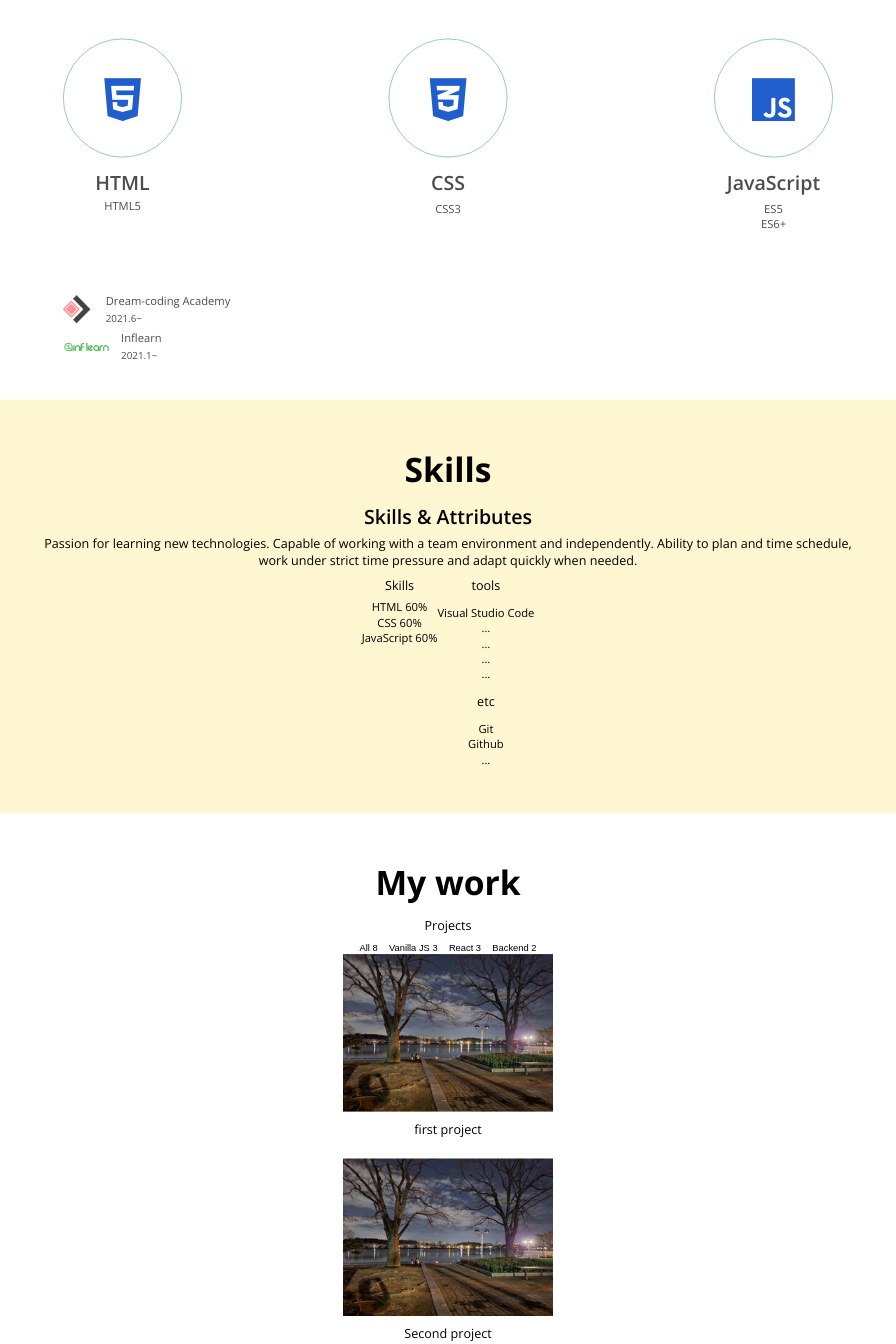
Repository: delphkim/portfolio
Page: index.html
These files come from the project's save history. The page is drawn as it stood at one moment and after the next save; the edit follows.
The browser window is 1280 px wide. The pictures show the part of the page from y = 980 to 2900 px (the page is 5923 px tall), at 70% of full size.
Some web libraries are served in a nearby version.

Above is the page before, as saved 2021-08-04 13:04:46.

### index.html
<!DOCTYPE html>
<html lang="en">
  <head>
    <meta charset="UTF-8" />
    <meta http-equiv="X-UA-Compatible" content="IE=edge" />
    <meta name="viewport" content="width=device-width, initial-scale=1.0" />
    <title>DevelPhaba's Portfolio</title>
    <meta name="description" content="Portfolio for world-reknowned software engineer develPhaba"/>
    <meta name="author" content="develPhaba" />
    <link rel="icon" type="img/png" href="./imgs/favicon.png">
    <script src="https://kit.fontawesome.com/d2b892ca94.js" crossorigin="anonymous"></script>
    <link rel="preconnect" href="https://fonts.googleapis.com" />
    <link rel="preconnect" href="https://fonts.gstatic.com" crossorigin />
    <link href="https://fonts.googleapis.com/css2?family=Open+Sans:wght@400;600;700&display=swap" rel="stylesheet"/>
    <!-- CSS rules to specify families -->
    <!-- 1. font-family: 'Open Sans', sans-serif;  -->
    <link rel="stylesheet" href="./style.css">
    <script src="./main.js" defer></script>
  </head>
  <body>
    <!-- Navbar -->
    <nav id="navbar">
      <div class="navbar__logo">
        <img class="navbar__icon" src="./imgs/favicon.png" alt="logo">
        <a href="#">develPhaba</a>
      </div>

        <ul class="navbar__menu">
          <li class="navbar__menu__item active">Home</li>
          <li class="navbar__menu__item">About</li>
          <li class="navbar__menu__item">Skills</li>
          <li class="navbar__menu__item">My work</li>
          <li class="navbar__menu__item">Testimonials</li>
          <li class="navbar__menu__item">Contact</li>
        </ul>

    </nav>
    <!-- Home -->
    <section id="home">
      <img src="./imgs/home.jpg"
           alt="develPhabas' profile photo"
           class="home__avatar">
           <h1 class="home__title">Hello, <br>I'm develPhaba</br></h1>
           <h2 class="home__description">Front-end engineer, who wants to be a Full-stack engineer </h2>
           <button class="home__contact">Contact me</button>
    </section>
    <!-- About -->
    <section id="about" class="section section__container">
      <h1>About me</h1>
      <p>I've studied front-end skills.
        <br>After working as a front-end endgineer for several years,
        <br>I want to broaden my skill stack.
      </p>
      <div class="about__majors">
        <div class="major">
          <div class="major__icon">
            <i class="fab fa-html5"></i>
          </div>
          <h2 class="major__title">HTML</>
          <p class="major__description">HTML5</p>
        </div>
        <div class="major">
            <div class="major__icon">
              <i class="fab fa-css3-alt"></i>
            </div>
            <h2 class="major__title">CSS</h2>
            <p class="major__description">CSS3</p>
        </div>
        <div class="major">
          <div class="major__icon">
            <i class="fab fa-js"></i>
          </div>
          <h2 class="major__title">JavaScript</h2>
          <p class="major__description">ES5<br>ES6+</p>
        </div>
      </div>
      <div class="about__schools">
        <div class="school">
          <img src="./imgs/schools/dream-coding.png" alt="dream-coding" class="school__logo">
          <div class="school__description">
             <p class="school__title">Dream-coding Academy</p>
             <p class="school__years">2021.6~</p>
          </div>
        </div>
        <div class="school">
          <img src="./imgs/schools/inflearn.png" alt="inflearn" class="school__logo">
          <div class="school__description">
             <p class="school__title">Inflearn</p>
             <p class="school__years">2021.1~</p>
          </div>
        </div>
      </div>

    </section>
    <!-- Skills -->
     <section id="skills" class="section">
       <div class="section__container">
           <h1>Skills</h1>
  <h2>Skills & Attributes</h2>
  <p>
    Passion for learning new technologies. Capable of working with a team environment
    and independently. Ability to plan and time schedule, work under
    strict time pressure and adapt quickly when needed.
  </p>
  <div class="skillset">
    <div class="skillset__left">
      <h3 class="skillset__title">Skills</h3>
      <div class="skill">
        <div class="skill__description">
          <span>HTML</span>
          <span>60%</span>
        </div>
        <div class="skill__bar">
          <div class="skill__value"></div>
        </div>
      </div>
      <div class="skill">
        <div class="skill__description">
          <span>CSS</span>
          <span>60%</span>
        </div>
        <div class="skill__bar">
          <div class="skill__value"></div>
        </div>
      </div>
      <div class="skill">
        <div class="skill__description">
          <span>JavaScript</span>
          <span>60%</span>
        </div>
        <div class="skill__bar">
          <div class="skill__value"></div>
        </div>
      </div>
    </div>
    <div class="skillset__right">
      <div class="tools">
        <h3 class="skillset__title">tools</h3>
        <ul class="tools__list">
          <li><span>Visual Studio Code</span></li>
          <li><span>...</span></li>
          <li><span>...</span></li>
          <li><span>...</span></li>
          <li><span>...</span></li>
        </ul>
      </div>
      <div class="etc">
        <h3 class="skillset__title">etc</h3>
        <ul class="ect__list">
          <li><span>Git</span></li>
          <li><span>Github</span></li>
          <li><span>...</span></li>
        </ul>
      </div>
    </div>
  </div>
       </div>
    </section>
   <!-- Work -->
    <section id="work" class="section">
      <h1>My work</h1>
      <h3>Projects</h3>
      <div class="work__categories">
        <button class="category__btn">All <span class="category__count">8</span></button>
        <button class="category__btn">Vanilla JS <span class="category__count">3</span></button>
        <button class="category__btn">React <span class="category__count">3</span></button>
        <button class="category__btn">Backend <span class="category__count">2</span></button>
      </div>
      <div class="work__projects">
        <a href="https://github.com/develPhaba/test"
           class="project"
           targe="blank">
           <img class="project__img" src="./imgs/projects/1.jpg" alt="one">
           <div class="project__description">
             <h3>first project</h3>
             <span>Clone coding with HTML and CSS</span>
           </div>
        </a>
        <a href="https://github.com/develPhaba/test"
           class="project"
           target="blank">
           <img class="project__img" src="./imgs/projects/2.jpg" alt="two">
           <div class="project__description">
            <h3>Second project</h3>
            <span>Clone coding with HTML, CSS and JavaScript</span>
          </div>
        </a>
        <a href="https://github.com/develPhaba/test"
           class="project"
           target="blank">
           <img class="project__img" src="./imgs/projects/3.jpg" alt="three">
           <div class="project__description">
            <h3>third project</h3>
            <span>Clone coding with HTML,CSS and JavaScript</span>
           </div>
        </a>
        <a href="https://github.com/develPhaba/test"
           class="project"
           target="blank">
          <img class="project__img" src="./imgs/projects/4.jpg" alt="four">
          <div class="project__description">
            <h3>fourth project</h3>
            <span>Clone coding,Front-end with React</span>
          </div>
        </a>
        <a href="https://github.com/develPhaba/test"
           class="project"
           target="blank">
          <img class="project__img" src="./imgs/projects/5.jpg" alt="five">
          <div class="project__description">
            <h3>fifth project</h3>
            <span>Clone coding,Front-end with React</span>
          </div>
        </a>
        <a href="https://github.com/develPhaba/test"
           class="project"
           target="blank">
          <img class="project__img" src="./imgs/projects/6.jpg" alt="six">
          <div class="project__description">
            <h3>sixth project</h3>
            <span>Clone coding,Front-end with React</span>
          </div>
        </a>
        <a href="https://github.com/develPhaba/test"
           class="project"
           target="blank">
           <img class="project__img" src="./imgs/projects/7.jpg" alt="seven">
           <div class="project__description">
            <h3>seventh project</h3>
            <span>Clone coding, Back-end with Node.js</span>
           </div>
        </a>
        <a href="https://github.com/develPhaba/test"
           class="project"
           target="blank">
           <img class="project__img" src="./imgs/projects/8.jpg" alt="eight">
           <div class="project__description">
            <h3>eighth project</h3>
            <span>Clone coding, Back-end with Node.js</span>
           </div>
        </a>
      </div>
    </section>
    <!-- Testimonials -->
    <section id="testimonials" class="section">
      <h1>Testimonials</h1>
      <h3>See what they say about me</h3>
      <div class="testimonials">
        <div class="testimonial">
          <img src="./imgs/testimonial/people1.jpg"
               alt="people"
               class="testimonial__avatar">
               <div class="testimonial__speech-bubble">
                 <p>Lorem ipsum dolor sit amet consectetur adipisicing elit. Magnam, vitae.
                   Dolores sit in amet quos. Alias maiores accusantium dolore error illo eligendi,
                   vel sint aperiam nemo soluta debitis deserunt voluptas.</p>
                   <p class="name"><a href="https://github.com/develPhaba/test">TestName</a>/Test company</p>
               </div>
        </div>
        <div class="testimonial">
          <img src="./imgs/testimonial/people2.jpg"
               alt="people"
               class="testimonial__avatar">
               <div class="testimonial__speech-bubble">
                <p>Lorem ipsum dolor sit amet consectetur adipisicing elit. Magnam, vitae.
                  Dolores sit in amet quos. Alias maiores accusantium dolore error illo eligendi,
                  vel sint aperiam nemo soluta debitis deserunt voluptas.</p>
                <p class="name"><a href="https://github.com/develPhaba/test">TestName2</a>/Test company2</p>
              </div>
        </div>
      </div>
    </section>
    <!-- Contact -->
    <section id="contact" class="section">
      <h1 class="contact__title">Let's talk</h1>
      <h2 class="contact__email">hgkim9201@gmail.com</h2>
      <div class="contact__links">
      <a href="https://github.com/develPhaba">
        <i class="fa fa-github"></i>
      </a>
      <a href="">
      <i class="fa fa-linkedin-square"></i>
      </a>
      </div>
      <p class="contact__rights">Dreaming-coding Ellie -All rights reserved</p>
    </section>
  </body>
</html>

### style.css
:root {
  /* Color */
  --color-white: #ffffff;
  --color-light-white: #eeeeee;
  --color-dark-white: #bdbdbd;
  --color-pink: #fe918d;
  --color-dark-pink: #ff6863;
  --color-black: #4d4d4d;
  --color-dark-grey: #4d4d4d;
  --color-grey: #616161;
  --color-blue: #73aace;
  --color-yellow: #fff7d1;
  --color-orange: #feb546;
  --color-black: #000000;
  --color-green: #80deea;
  --color-sky-blue: #2979ff;
  --color-dark-blue: rgb(31, 94, 204);
  /* Font size */
  --font-large: 48px;
  --font-medium: 28px;
  --font-regular: 18px;
  --font-small: 16px;
  --font-micro: 14px;
  /* Font weight */
  --weight-bold: 700;
  --weight-semi-bold: 600;
  --weight-regular: 400;
  /* Size */
  --size-border-radius: 4px;
  /*Animation*/
  --animation-duration: 300ms;
}
/* Universal tags */
* {
  box-sizing: border-box;
}
body {
  font-family: "Open Sans", sans-serif;
  margin: 0;
  cursor: default;
}
a {
  text-decoration: none;
  color: var(--color-white);
}
ul {
  list-style: none;
  padding-left: 0;
}
h1 {
  font-size: var(--font-large);
  font-weight: var(--weight-bold);
  color: var(--color-black);
  margin: 16px 0;
}
h2 {
  font-size: var(--font-medium);
  font-weight: var(--weight-semi-bold);
  color: var(--color-black);
  margin: 8px 0;
}
h3 {
  font-size: var(--font-regular);
  font-weight: var(--weight-regular);
  color: var(--color-black);
  margin: 8px 0;
}
p {
  font-size: var(--font-regular);
  font-weight: var(--weight-regular);
  color: var(--color-black);
  margin: 4px 0;
}
button {
  background-color: transparent;
  cursor: pointer;
  border: none;
  outline: none;
}
/* Navbar */
#navbar {
  display: flex;
  justify-content: space-between;
  background-color: var(--color-sky-blue);
  align-items: center;
  color: var(--color-white);
  padding: 16px;
}
.navbar__logo {
  font-size: var(--font-medium);
  font-weight: var(--weight-semi-bold);
}
.navbar__icon {
  width: var(--font-medium);
  height: var(--font-medium);
}
.navbar__menu {
  display: flex;
}
.navbar__menu__item {
  padding: 8px 12px;
  margin: 0 4px;
  cursor: pointer;
  border-radius: var(--size-border-radius);
}
.navbar__menu__item:hover {
  background-color: var(--color-dark-blue);
}
.navbar__menu__item.active {
  border: 1px solid var(--color-white);
}
/*Home*/
#home {
  background: url(./imgs/homepage-background.png) center/cover no-repeat;
  padding: 40px;
  text-align: center;
}
.home__avatar {
  width: 250px;
  height: 250px;
  border-radius: 50%;
  border: 2px solid var(--color-light-white);
}
.home__title,
.home__description {
  color: var(--color-white);
}
.home__contact {
  color: var(--color-white);
  font-size: var(--font-regular);
  font-weight: var(--weight-bold);
  margin: 24px;
  padding: 8px 12px;
  border: 2px solid var(--color-white);
  border-radius: var(--size-border-radius);
}
/* Section common */
.section {
  text-align: center;
  padding: 50px;
  margin: auto;
}
.section__container {
  max-width: 1200px;
  margin: auto;
}
/* About me */
.about__majors {
  display: flex;
  justify-content: space-between;
  margin: 80px 0;
}
.major__icon {
  color: var(--color-dark-blue);
  font-size: 70px;
  width: 170px;
  height: 170px;
  line-height: 170px;
  margin: auto;
  border: 1px solid var(--color-blue);
  border-radius: 50%;
  margin-bottom: 16px;
}
.major__title,
.major__description {
  color: var(--color-dark-grey);
}
.major__description {
  font-size: var(--font-small);
}
.major__icon i {
  transition: all var(--animation-duration) ease;
}
.major__icon:hover i {
  transform: rotate(-30deg) scale(1.1);
  color: var(--color-dark-pink);
}
.school {
  display: flex;
  align-items: center;
}
.school__description {
  margin: 0 16px;
  text-align: left;
}
.school__title,
.school__years {
  color: var(--color-dark-grey);
}

.school__title {
  font-size: var(--font-small);
}
.school__years {
  font-size: var(--font-micro);
}
/* Skills */
#skills {
  background-color: var(--color-yellow);
}
.skillset {
  display: flex;
  justify-content: center;
  width: 100%;
}

Loaded but not shown: main.js (no stored copy; drawn as an empty file)

After the next save:
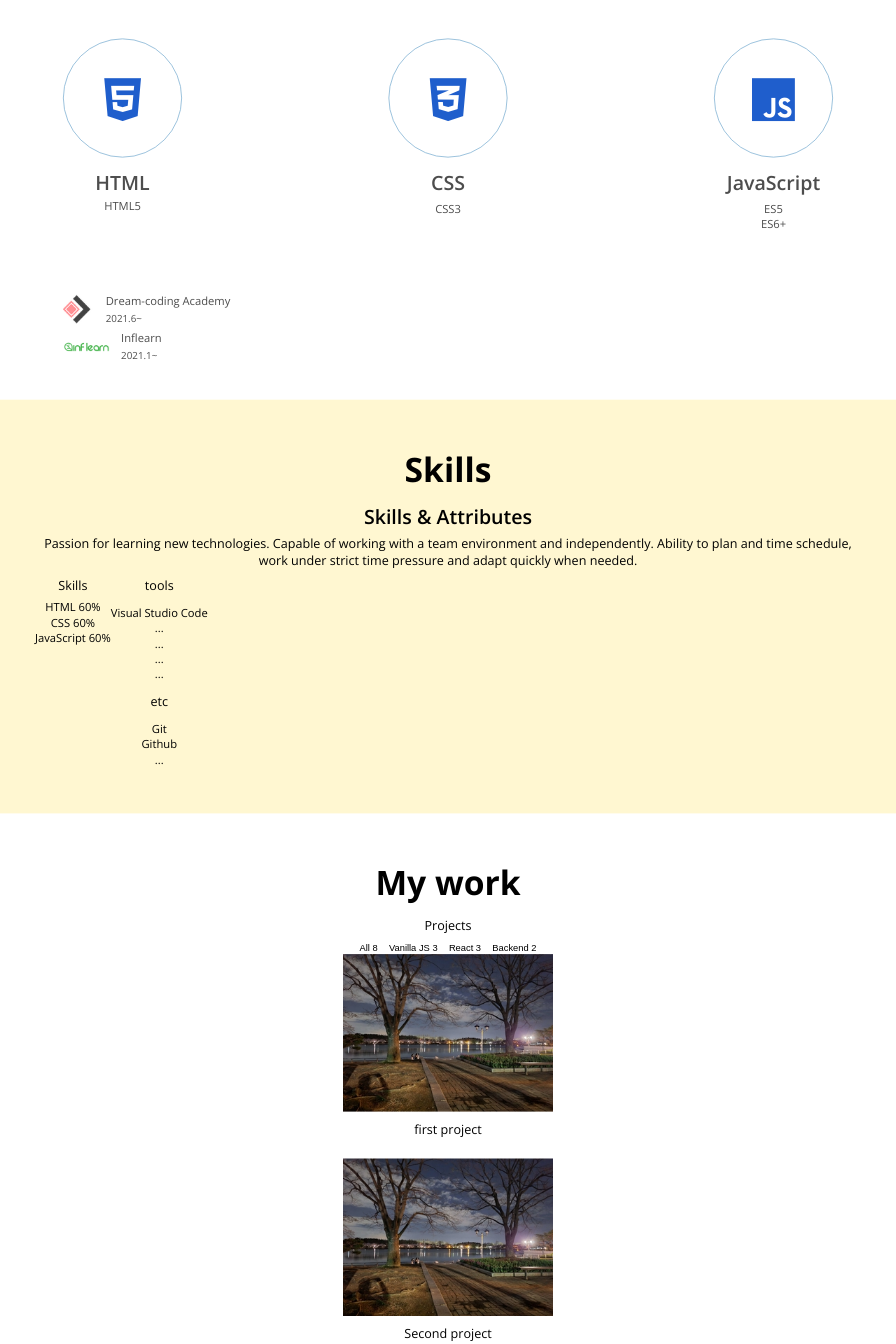
Saved 8 s later.
--- a/style.css
+++ b/style.css
@@ -200,6 +200,4 @@
 }
 .skillset {
   display: flex;
-  justify-content: center;
-  width: 100%;
-}
+}
